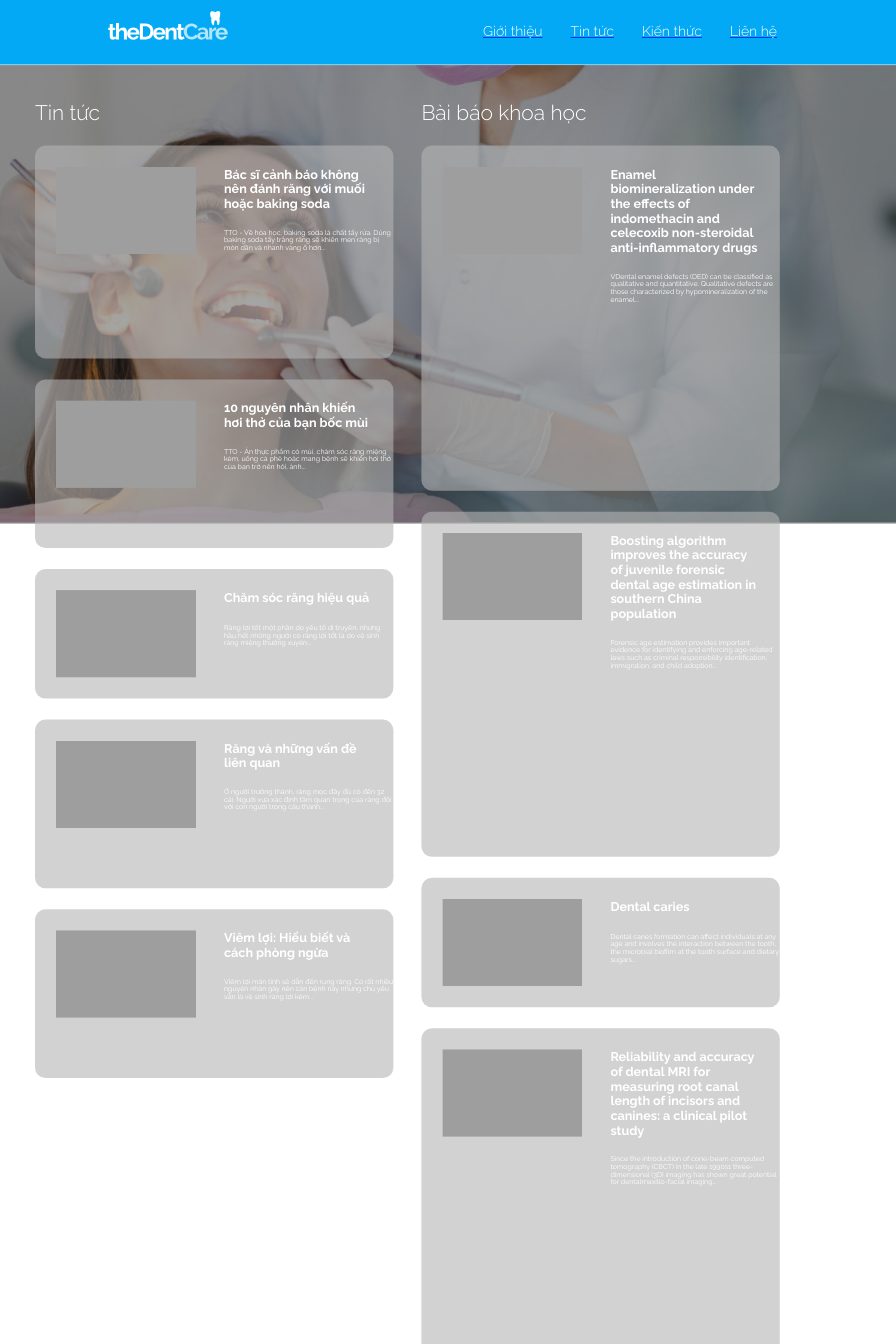
Repository: vantoan19/theDentCare
Page: /news (app in theDentalCare/the-dental-care/)
An editor plug-in stored every save of this project. The page is shown before and after a run of saves, followed by the edit.
The browser window is 1280 px wide. The pictures show the part of the page from y = 0 to 1920 px (the page is 2598 px tall before and 2472 px after), at 70% of full size.
Pictures or frames that could not be fetched are drawn as grey boxes. The project was rebuilt for these pictures with package versions that can differ from the ones it lists, and the page was loaded fresh each time. The framework's server and built-in components were replaced by stand-ins that run in the browser.

Above is the page before, as saved 2022-09-24 17:54:49.

After the next 2 saves:
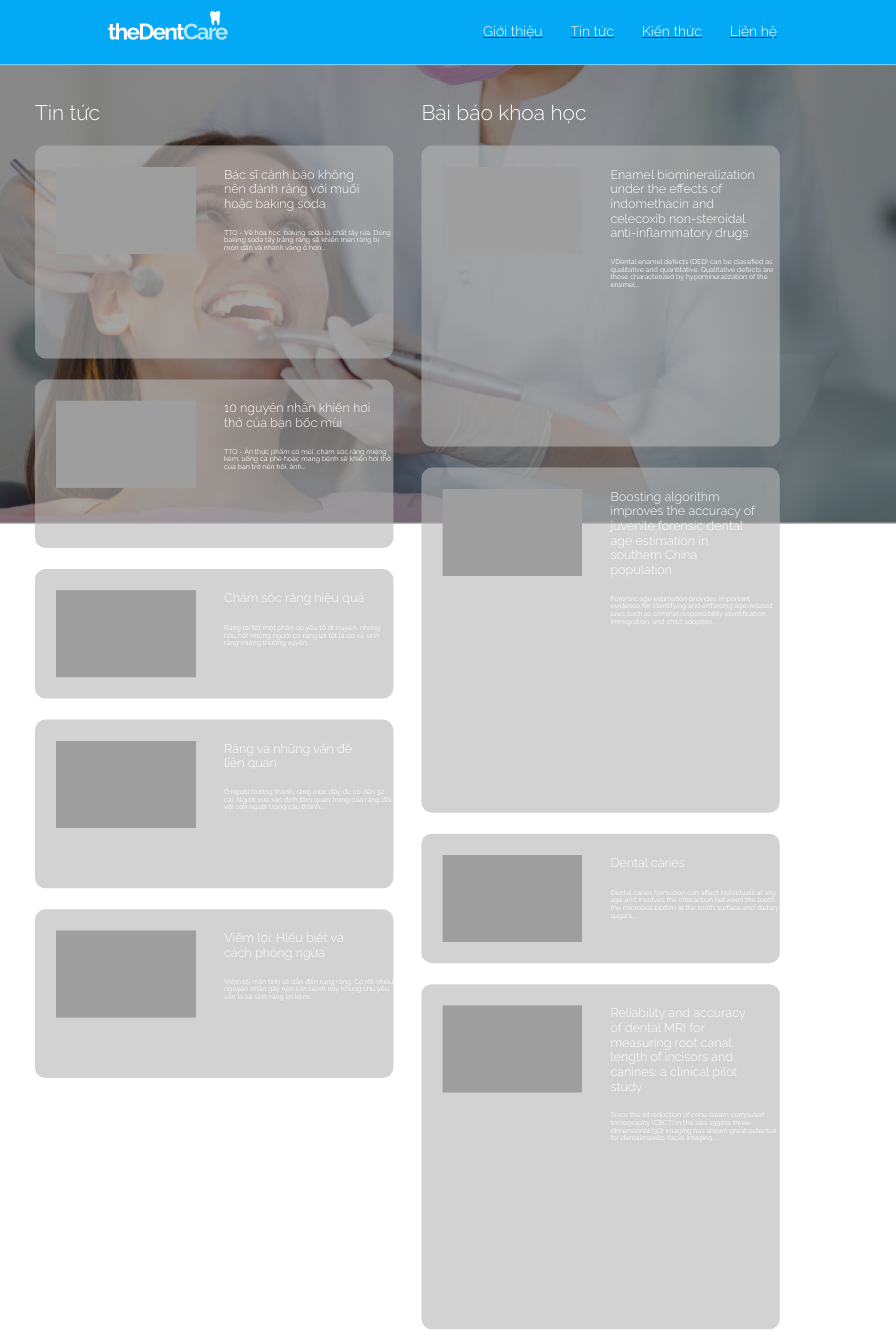
The 2 saves are shown as one change because they came seconds apart.
The last was saved 15 s later.
--- a/theDentalCare/the-dental-care/pages/news/index.js
+++ b/theDentalCare/the-dental-care/pages/news/index.js
@@ -23,6 +23,7 @@ const NewsTitle = styled.h3`
   margin: 30px 30px 5px 0px;
   color: #fff;
   font-size: 1.8rem;
+  font-weight: 300;
 `;
 
 const NewsDesc = styled.p`
